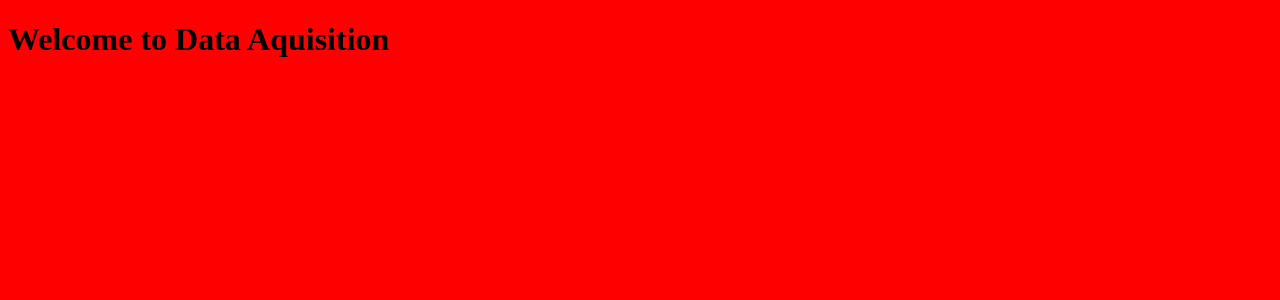
Repository: randy918/good-naked-beginning
Page: index.html
An editor plug-in stored every save of this project. The page is shown before and after the next save, followed by the edit.
The browser window is 1280 px wide. The pictures show the whole page.
The style sheet was rebuilt from its Sass, Less or Tailwind sources for each picture, by a compiler version that may differ from the author's.

Above is the page before, as saved 2023-01-01 14:49:08.

### index.html
<!DOCTYPE html>
<html lang="en">

    <head>
        <meta charset="UTF-8">
        <meta http-equiv="X-UA-Compatible" content="IE=edge">
        <meta name="viewport" content="width=device-width, initial-scale=1.0">
        <link rel="stylesheet" href="css/main.css"
        <script src="https://ajax.googleapis.com/ajax/libs/jquery/3.6.3/jquery.min.js" defer></script>
        <script src="./js/myfunctions.js"></script>
        <!-- Include Handlebars from a CDN -->
        <script src="https://cdn.jsdelivr.net/npm/handlebars@latest/dist/handlebars.js"></script>
        <script>
            // compile the template
            var template = Handlebars.compile("Handlebars <b>{{doesWhat}}</b>");
            // execute the compiled template and print the output to the console
            console.log(template({ doesWhat: "rocks!" }));
        </script>



        <title>Movie App Esterling</title>
    </head>

    <body>



        <div class="container"></div>
<h1>Welcome to Data Aquisition</h1>

        <script src="js/key.js"></script>
        <script src="js/index.js"></script>

    </body>

</html>

<!-- ca1f26ba6eb2ba4fb641257b39d3bea7 -->

### js/myfunctions.js
//todo   function a(toAlert)
//todo   function c(toConsole)
//todo   function cr(toConsole)
//todo   function r(min, max)  Random integers, can be just 'max'
//todo   function getTime()--works! it is 72519.1414 format
//todo   function getCompleteDate()
//todo   function getMinute()
//todo   function getHour()
//todo   function getHour00()
//todo   function get24Hour()
//todo   function get24Hour00()
//todo   function getDay()
//todo   function getDay00()
//todo   function getMonth()
//todo   function getMonth00()
//todo   function getYear()
//todo   function getYear00()
//todo   function t()    eternal timestamp long number
//todo   function placeText(myIdClass, text)   unsure if it works?
//todo   function placeText2(myIdClass, text)   unsure if it works?
//todo   function getText(myIdClass)....brings whole line incl. tags
//todo   function getInnerText(myIdClass)
//todo   function getOuterText(myIdClass)
//todo   function addClass(myIdClass, newClass)
//todo   function removeClass(myIdClass, removeClass)
//todo   function changeBackgroundColor(myIdClass, color)
//todo   function changeTypeColor(myIdClass, color)
//todo   function changeTypeSize(myIdClass, size)
//todo   function addCSSText(myIdClass, text)

function a(toAlert) {
  alert(toAlert);
}

function c(toConsole) {
  console.log(toConsole);
}
function cw(toConsole) {
  console.warn(toConsole);
}
function ce(toConsole) {
  console.error(toConsole);
}

function cr(toConsole) {
  var styles = [
    // 'font-size: 30px',
    "color: red",
  ].join(";");
  console.log(`%c` + toConsole, styles);
}

function r(min, max) {
  // 2.0, accepts single value for 1-x
  if (max === undefined) {
    max = min;
    min = 1;
  }
  const randomNumber = min - 1 + Math.ceil(Math.random() * (max + 1 - min));
  return randomNumber;
}
// may not be a real function
function getTime() {
  var today = new Date();
  var codeMonth = today.getMonth() + 1;
  var codeDay = today.getDate();
  if (codeDay < 10) {
    codeDay = "0" + codeDay;
  }
  var codeMinute = today.getMinutes();
  var codeHour = today.getHours();
  if (codeMinute < 10) {
    codeMinute = "0" + codeMinute;
  }
  if (codeHour < 10) {
    codeHour = "0" + codeHour;
  }
  var codeYear = today.getFullYear() - 2000;
  var dateTime =
    codeMonth + "" + codeDay + "" + codeYear + "." + codeHour + "" + codeMinute;
  // document.getElementById(`timeStamp`).innerHTML = dateTime;
  t = setTimeout(function () {
    getTime();
  }, 30000);
  return dateTime;
}

function getCompleteDate() {
  const today = new Date();
  return today;
}

function getMinute() {
  const today = new Date();
  const codeMinute = today.getMinutes();
  if (codeMinute < 10) {
    codeMinute = "0" + codeMinute;
  }
  return codeMinute;
}

function getMinute00() {
  const today = new Date();
  let codeMinute = today.getMinutes();
  if (codeMinute < 10) {
    codeMinute = "0" + codeMinute;
  }
  return codeMinute;
}

function getHour() {
  const today = new Date();
  let codeHour = today.getHours();
  if (codeHour > 12) {
    codeHour = codeHour - 12;
  }
  return codeHour;
}

function getAmPm() {
  let amPm = "am";
  const today = new Date();
  let codeHour = today.getHours();
  if (codeHour > 12) {
    amPm = "pm";
  }
  return amPm;
}

function getHour00() {
  const today = new Date();
  const codeHour = today.getHours();
  if (codeHour > 12) {
    codeHour = codeHour - 12;
  }
  if (codeHour < 10) {
    codeHour = "0" + codeHour;
  }
  return codeHour;
}

function get24Hour() {
  const today = new Date();
  const codeHour = today.getHours();
  return codeHour;
}

function get24Hour00() {
  const today = new Date();
  const codeHour = today.getHours();
  if (codeHour < 10) {
    codeHour = "0" + codeHour;
  }
  return codeHour;
}

function getDayVerbal() {
  const today = new Date();
  const codeDay = today.getDay() + 1;
  return theDay[codeDay];
}

function getDay00() {
  const today = new Date();
  const codeDay = today.getDate();
  if (codeDay < 10) {
    codeDay = "0" + codeDay;
  }
  return codeDay;
}

function getDay() {
  const today = new Date();
  const codeDay = today.getDate();
  return codeDay;
}

function getMonthVerbal() {
  const today = new Date();
  const codeMonth = today.getMonth() + 1;
  return theMonth[codeMonth];
}

function getMonth00() {
  const today = new Date();
  const codeMonth = today.getMonth() + 1;
  if (codeMonth < 10) {
    codeMonth = "0" + codeMonth;
  }
  return codeMonth;
}

function getMonth() {
  const today = new Date();
  const codeMonth = today.getMonth() + 1;
  return codeMonth;
}

function getYear00() {
  const today = new Date();
  const codeYear = today.getYear() - 100;
  if (codeYear < 10) {
    codeMYear = "0" + codeYear;
  }
  return codeYear;
}

function getYear() {
  const today = new Date();
  const codeYear = today.getYear() + 1900;
  return codeYear;
}

function t() {
  const now = new Date();
  eventTimestamp = now.getTime();
  // c(eventTimestamp);
  return eventTimestamp;
}
//    !  72419.1659 DOM MANIPULATION
//!
//!  placeText   element name, and text to put there--runs loosely?

function placeText(myIdClass, text) {
  const myElement = document.querySelector(myIdClass);
  myElement.innerText = text;
}
//    the function is longer than the original
// $(myIdClass).text(text)   <---works
function placeText2(myIdClass, text) {
  $(myIdClass).text(text);
}
function getText(myIdClass) {
  return document.querySelector(myIdClass);
}

function getInnerText(myIdClass) {
  return document.querySelector(myIdClass).innerHTML;
}

function getOuterText(myIdClass) {
  return document.querySelector(myIdClass).outerHTML;
}

function addClass(myIdClass, newClass) {
  document.querySelector(myIdClass).classList.add(newClass);
}

function removeClass(myIdClass, removeClass) {
  document.querySelector(myIdClass).classList.remove(removeClass);
}
// not sure what this one is for now
function containsClass(myIdClass, containsClass) {
  document.querySelector(myIdClass).classList.contains(containsClass);
}
// above, can switch and toggle  also  mmtuts YOUTUBE 29-31 USING JAVASCRIPT
function changeBackgroundColor(myId, color) {
  document.getElementById(myId).style.background = color;

  // document.querySelector(myIdClass).style.backgroundColor = color;
}

function changeTypeColor(myIdClass, color) {
  document.querySelector(myIdClass).style.color = color;
}

function changeTypeSize(myIdClass, size) {
  document.querySelector(myIdClass).style.fontSize = size;
}

function addCSSText(myIdClass, text) {
  document.querySelector(myIdClass).style.cssText = text;
}

//!  72519.1714    Common Basic VARIABLE ARRAYS
var theDay = new Array(
  "Zero",
  "Sunday",
  "Monday",
  "Tuesday",
  "Wednesday",
  "Thursday",
  "Friday",
  "Saturday"
);
var theDayMin3 = new Array(
  "Zero",
  "Sun.",
  "Mon.",
  "Tues.",
  "Wed.",
  "Thurs.",
  "Fri.",
  "Sat."
);
var theDayMin2 = new Array("Zero", "S", "M", "Tu", "W", "Th", "F", "S");
var theDayMin1 = new Array("Zero", "S", "M", "T", "W", "T", "F", "S");
var theMonth = new Array(
  "Zero",
  "January",
  "February",
  "March",
  "April",
  "May",
  "June",
  "July",
  "August",
  "September",
  "October",
  "November",
  "December"
);
var theMonthMin = new Array(
  "Zero",
  "Jan.",
  "Feb.",
  "Mar.",
  "Apr.",
  "May",
  "June",
  "July",
  "Aug.",
  "Sept.",
  "Oct.",
  "Nov.",
  "Dec."
);

function showDateTimeFormat() {
  const today = new Date();
  const formattedDate = new Intl.DateTimeFormat("en-US").format(today);
  const consoleFunctioningMessage = `
Console functioning: ${getDayVerbal()}, ${getMonthVerbal()} ${getDay()} at ${getHour()}:${getMinute00()}${getAmPm()}
  `;
  return consoleFunctioningMessage;
}
showDateTimeFormat();

console.log(`%c${showDateTimeFormat()}`, "font-size: 20px; color: gray");

//console.log("%cThis is a default font style", "color: blue; font-size: 20px");

### js/key.js
const APIKEY = "ca1f26ba6eb2ba4fb641257b39d3bea7";

### js/index.js
//!  121822.0830        VARIABLES



//!  121822.0826        FUNCTIONS

const init = function () {
  main();
};


window.onload = function () {
    init();
};



//!  123122.1839        MAIN

const main = function () {

console.log('jhello');


};


//!  123122.1839        END

### css/main.scss
body {

background: red;

}

After the next save:
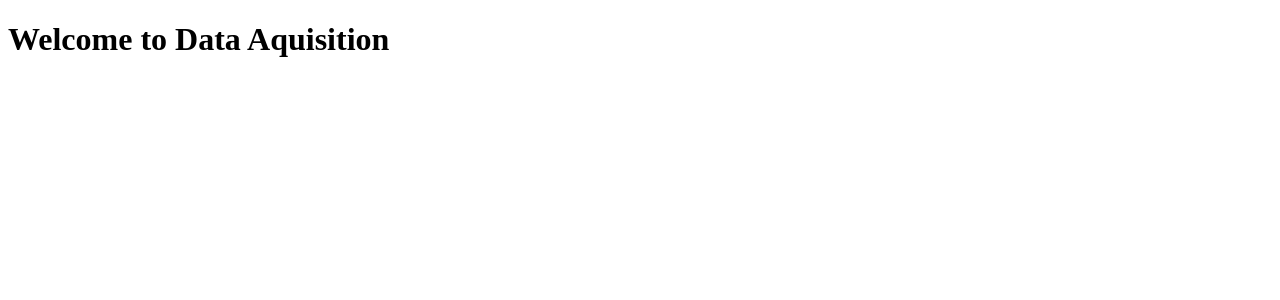
Saved 24 s later.
--- a/css/main.scss
+++ b/css/main.scss
@@ -1,5 +1,5 @@
 body {
 
-background: red;
+background: cream;
 
 }
